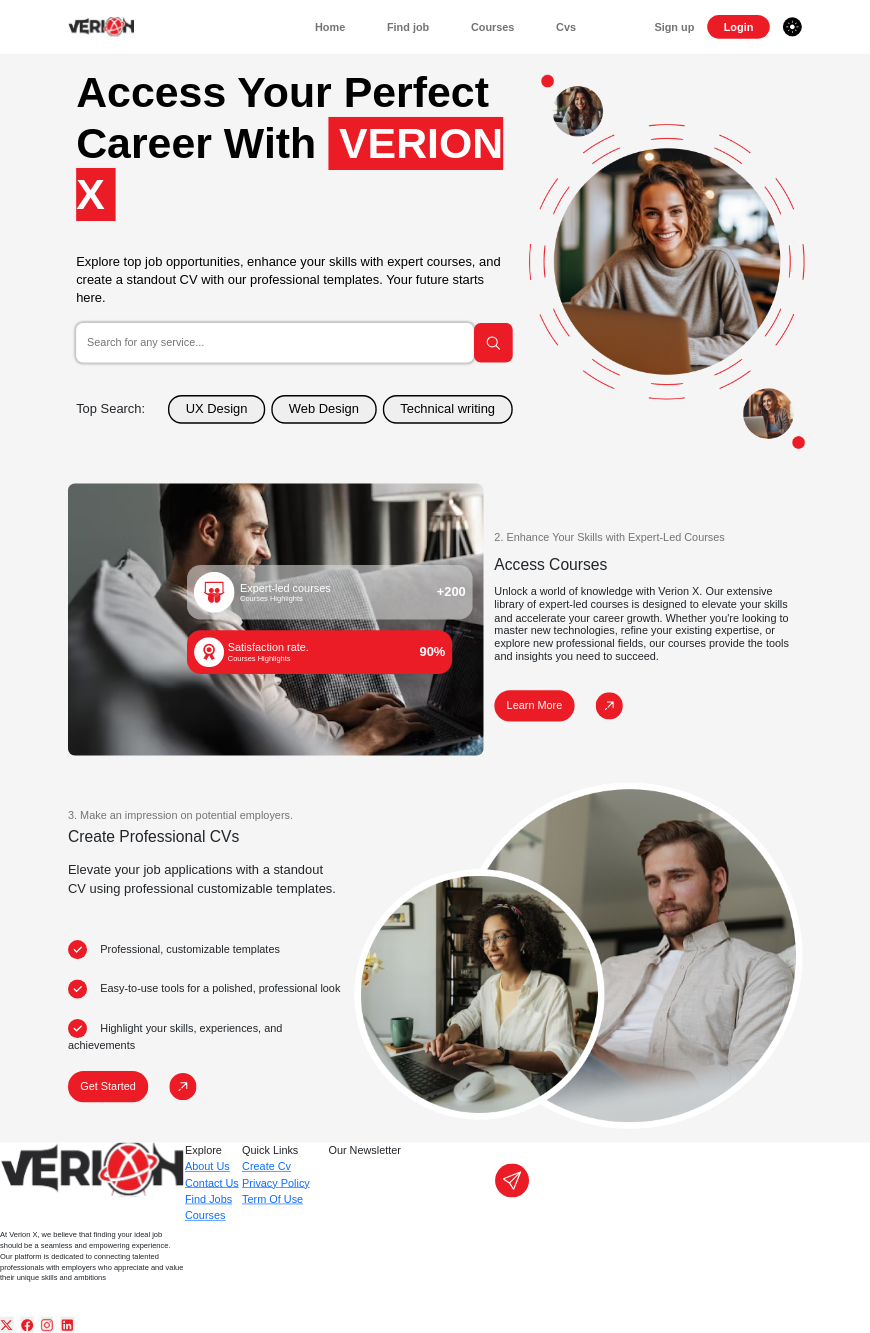
Repository: SahMenz/verionX
Page: /
An editor plug-in stored every save of this project. The page is shown before and after the next save, followed by the edit.
The browser window is 1280 px wide. The pictures show the whole page, at 68% of full size.
The project was rebuilt for these pictures with package versions that can differ from the ones it lists, and the page was loaded fresh each time. Also part of the build but not shown: vite.config.js.

Above is the page before, as saved 2024-06-16 02:16:26.

### src/App.jsx
import './App.css'
import Home from './components/home/home'
import 'bootstrap/dist/css/bootstrap.min.css';

function App() {

  return (
    <>
      <div>
          <Home />
      </div>
    </>
  )
}

export default App

### src/index.css
button{
    outline: none;
    border: none;
  }

  input{
    border: none;
    outline: none;
}

### src/App.css
*, *::before, *::after{
  padding: 0px;
  margin: 0px;
  box-sizing: border-box;
  font-family: "Rubik", sans-serif;
}

/* BACKGROUND COLORS */

.bg-f5{
  background-color: #F5F5F5;
}
.bg-eb{
  background-color: #EB1C25;
}
.bg-ff{
  background-color: #fff;
}
.bg-d9{
  background-color: #D9D9D9;
}
.bg-00{
  background-color: #000;
}


/* FONT SIZES */

.txt-11{
  font-size: 11px;
}
.txt-13{
  font-size: 13px;
}
.txt-16{
  font-size: 16px;
}
.txt-19{
  font-size: 19px;
}
.txt-23{
  font-size: 23px;
}
.txt-45{
  font-size: 45px;
}
.txt-63{
  font-size: 63px;
}


/* TEXT COLOR */

.txt-eb{
  color:#EB1C25
}
.txt-f3{
  color: #737373
}
.txt-ff{
  color:#fff
}
.txt-00{
  color: #000;
}


/* FONT WEIGHT */

.fw-400{
  font-weight: 400;
}
.fw-500{
  font-weight: 500;
}
.fw-600{
  font-weight: 600;
}


/* LINE HEIGHT */

.lh-19{
  line-height: 19.2px;
}
.lh-75{
  line-height: 55.6px;
}
.lh-26{
  line-height: 26.38px;
}
.lh-22{
  line-height: 22.8px;
}
.lh-27{
  line-height: 27.6px;
}
.lh-15{
  line-height: 15.89px;
}
.lh-13{
  line-height: 13.2px;
}
.lh-54{
  line-height: 54px;
}
.lh-34{
  line-height: 34.5px;
}
.lh-67{
  line-height: 67.5px;
}
.lh-32{
  line-height: 32.2px;
}
.lh-18{
  line-height: 18.96px;
}

### src/components/home/home.jsx
import Footer from "../footer/footer"
import Navigation from "../navigation/navigation"
import AccessCourses from "./accessCourses/accessCourses"
import CreateProfessionalCv from "./createProfessionalCv/createProfessionalCv"
import Hero from "./hero/hero"

function Home() {
  return (
    <div >
        <Navigation />
        <Hero />
        <AccessCourses />
        <CreateProfessionalCv />
        <Footer />
    </div>
  )
}

export default Home

### src/components/footer/footer.jsx
import logo from '../../assets/images/logo.svg';
import CustomSvg from '../customSvg/customSvg';

function Footer() {
  return (
    <div className='d-flex flex-wrap flex-xl-nowrap'>
        <div className='d-flex flex-column' style={{width:"272px", height:"166px"}}>
            <img  src={logo}/>
            <div className='fw-400 lh-15 txt-11 py-5'>
                At Verion X, we believe that finding your ideal job should be a
                seamless and empowering experience. Our platform is dedicated to connecting talented
                professionals with employers who appreciate and value their unique skills and ambitions
            </div>
            <div className='d-flex align-items-center justify-content-between' style={{width:"110px"}}>
                <button><CustomSvg name="x"/></button>
                <button><CustomSvg name="facebook"/></button>
                <button><CustomSvg name="insta"/></button>
                <button><CustomSvg name="linkedin"/></button>
            </div>
        </div>
        <div className='d-flex flex-column' style={{width:"84px"}}>
            <div>Explore</div>
            <a href="#">About Us</a>
            <a href="#">Contact Us</a>
            <a href="#">Find Jobs</a>
            <a href="#">Courses</a>
        </div>
        <div className='d-flex flex-column' style={{width:"127px"}}>
            <div>Quick Links</div>
            <a href="#">Create Cv</a>
            <a href="#">Privacy Policy</a>
            <a href="#">Term Of Use</a>
        </div>
        <div className='d-flex flex-column'>
            <div>Our Newsletter</div>
            <div>
                <input  type='text' style={{borderRadius:"30px", padding:"19px"}}/>
                <CustomSvg name="telegram"/>
            </div>
        </div>
    </div>
  )
}

export default Footer

### src/components/navigation/navigation.jsx
import logo from '../../assets/images/logo.svg'
import CustomSvg from '../customSvg/customSvg'
import './navigation.css'


function Navigation() {

  return (
    <div className="d-flex justify-content-between navContainer">
        <img src={logo} alt="" />
        <div className='d-none d-lg-flex navigationLink justify-content-between align-items-center'>
          <div className='d-flex justify-content-between align-items-center links'>
            <a href="#" className='small-txt lh-19 fw-600 text-decoration-none txt-f3'>Home</a>
            <a href="#" className='small-txt lh-19 fw-600 text-decoration-none txt-f3'>Find job</a>
            <a href="#" className='small-txt lh-19 fw-600 text-decoration-none txt-f3'>Courses</a>
            <a href="#" className='small-txt lh-19 fw-600 text-decoration-none txt-f3'>Cvs</a>
          </div>
          <div className='d-flex justify-content-between align-items-center switchmode'>
            <a href="#" className='small-txt lh-19 fw-600 text-decoration-none txt-f3'>Sign up</a>
            <a href="#" className='small-txt lh-19 fw-600 text-decoration-none txt-ff bg-eb px-4 py-2 rounded-5'>Login</a>
            <CustomSvg name="switchModes" className="cursor-pointer"/>
          </div>
        </div>
        <div className=' d-lg-none cursor-pointer' style={{width: "40px", height: "40px", display: 'flex', flexDirection: 'column', alignItems: "center", justifyContent: "center", gap: "5px"}}>
          <div style={{width : "30px", height:"3px", backgroundColor : 'black' }}></div>
          <div style={{width : "30px", height:"3px", backgroundColor : 'black' }}></div>
          <div style={{width : "30px", height:"3px", backgroundColor : 'black' }}></div>
        </div>
    </div>
  )
}

export default Navigation

### src/components/home/accessCourses/accessCourses.jsx
import CustomSvg from "../../customSvg/customSvg";
import './accessCourses.css';

function AccessCourses() {
  return (
    <div className="d-flex flex-column bg-f5 flex-xl-row accessGeneral  align-items-center">
        <div className="manPressingLaptop" style={{maxWidth:"611px", position:"relative"}}>
            <div className="imagetext d-none d-lg-block" style={{position:"absolute"}}>
                <div className="d-flex align-items-center opacebackground justify-content-between mb-3" style={{padding:"10px", borderRadius:"20px", maxWidth:"455px"}}>
                    <CustomSvg name="expertLedCourses"/>
                    <div className="d-flex ps-2 justify-content-between align-items-center" style={{width:"340px"}}>
                        <div className="d-flex flex-column" >
                            <div className="txt-ff fw-500 txt-16 lh-19">Expert-led courses</div>
                            <div className="txt-11 txt-ff fw-500 lh-13">Courses Highlights</div>
                        </div>
                        <div className="fw-600 txt-19 lh-22 txt-ff">+200</div>
                    </div>
                </div>
                <div className="bg-eb d-flex align-items-center justify-content-between" style={{padding:"10px", borderRadius:"20px", maxWidth:"390px"}}>
                    <CustomSvg name="satisfactionrate"/>
                    <div className="d-flex justify-content-between align-items-center" style={{width:"320px"}}>
                        <div className="d-flex flex-column" >
                            <div className="txt-ff fw-500 txt-16 lh-19">Satisfaction rate.</div>
                            <div className="txt-11 txt-ff fw-500 lh-13">Courses Highlights</div>
                        </div>
                        <div className="fw-600 txt-19 lh-22 txt-ff">90%</div>
                    </div>
                </div>
            </div>
        </div>
        <div className=" ms-xl-3"  style={{maxWidth:"576px"}}>
            <p className="txt-f3 fw-500 lh-19 enhance" style={{maxWidth:"370px"}}>2. Enhance Your Skills with Expert-Led Courses</p>
            <p className="fw-500 lh-27 access" style={{maxWidth:"300px"}}>Access Courses</p>
            <p className="fw-400 lh-19 pb-4 unlock" style={{maxWidth:"576px"}}>
                Unlock a world of knowledge with Verion X. Our extensive library of expert-led courses is designed to elevate your skills and accelerate your career growth. Whether you&apos;re looking to master new technologies, refine your existing expertise, or explore new professional fields, our courses provide the tools and insights you need to succeed.
            </p>
            <div className="d-flex align-items-center justify-content-between" style={{width:"189px"}}>
                <button className="bg-eb txt-ff" style={{padding:"11px 18px", borderRadius:"30px"}}>Learn More</button>
                <CustomSvg name="arrowTopRight" className=""/>
            </div>
        </div>
    </div>
  )
}

export default AccessCourses

### src/components/home/createProfessionalCv/createProfessionalCv.jsx
import createProfessionalImage from '../../../assets/images/createProfessionalImage.png';
import CustomSvg from '../../customSvg/customSvg';
import './createProfessionalCv.css';

function CreateProfessionalCv() {
  return (
    <div className='d-flex flex-column createGeneral bg-f5 flex-xl-row align-items-center'>
        <div style={{maxWidth:"507px"}}>
            <div className='fw-500 lh-19 txt-16 txt-f3 adjustText' style={{margin:"0px 0px 8px 0px"}}>3. Make an impression on potential employers.</div>
            <div className='fw-500 lh-27 txt-23 adjust23' style={{margin:"0px 0px 20px 0px"}}>Create Professional CVs</div>
            <div className='fw-400 txt-19 lh-23 adjust19' style={{margin:"0px 0px 60px 0px"}}>Elevate your job applications with a standout CV using professional customizable templates.</div>
            <div className='fw-400 txt-16 lh-19 adjustText' style={{marginBottom:"29px"}}><CustomSvg name="createProfessionalTick"/> <span style={{marginLeft:"15px"}}>Professional, customizable templates</span></div>
            <div className='fw-400 txt-16 lh-19 adjustText' style={{marginBottom:"29px"}}><CustomSvg name="createProfessionalTick"/> <span style={{marginLeft:"15px"}}>Easy-to-use tools for a polished, professional look</span></div>
            <div className='fw-400 txt-16 lh-19 adjustText' style={{marginBottom:"29px"}}><CustomSvg name="createProfessionalTick"/> <span style={{marginLeft:"15px"}}>Highlight your skills, experiences, and achievements</span></div>
            <div className="d-flex align-items-center justify-content-between" style={{width:"189px"}}>
                <button className="bg-eb txt-ff" style={{padding:"11px 18px", borderRadius:"30px"}}>Get Started</button>
                <CustomSvg name="arrowTopRight" className=""/>
            </div>
        </div>
        <img src={createProfessionalImage} className='mt-5 mt-xl-0 mixedImage ms-xl-3' style={{maxWidth:"659px"}}/>
    </div>
  )
}

export default CreateProfessionalCv

### src/components/home/hero/hero.jsx
import accesYourPerfectImage from '../../../assets/images/accesYourPerfectImage.png';
import CustomSvg from '../../customSvg/customSvg';
import './hero.css';

function Hero() {
  return (
    <div className='bg-f5 heroGeneral d-flex flex-column flex-xl-row justify-content-center justify-content-between align-items-center' style={{}}>
        <div style={{maxWidth:"733px"}} className=' textcontainer mb-5 mx-xxl-1 px-xxl-0 d-flex flex-column container '>
            <div className='txt-63 lh-75 txt-ff fw-600 txt-00 largeTxt mb-5' >Access Your Perfect Career With <span className='bg-eb fw-600 txt-ff py-1 px-3'>VERION X</span></div>
            <div className='txt-00 lh-26 mb-4 exploretxt' style={{maxWidth:"630px"}}>
                Explore top job opportunities, enhance your skills with expert courses, and create a standout CV with our professional templates. Your future starts here.
            </div>
            <div className="d-flex">
                <input type="text" className='p-3 container mb-xl-5' placeholder="Search for any service..."  style={{borderRadius:"10px", boxShadow: "0px 0px 3px 3px rgba(0, 0, 0, 0.2)"}} />
                <button className="bg-eb p-3 mb-xl-5" style={{borderRadius:"10px", border:"none"}}><CustomSvg name="search"/></button>
            </div>
            <div className='d-none d-xl-flex align-items-center justify-content-between'style={{width:"642px"}} >
                <div className='txt-19 lh-26 txt-500'>Top Search:</div>
                <div className='d-flex align-items-center justify-content-between' style={{width:"507px"}}>
                    <button style={{borderRadius:"20px",border: "2px solid black"}}><div className='px-4 py-2 txt-19 lh-22 txt-500'>UX Design</div></button>
                    <button style={{borderRadius:"20px",border: "2px solid black"}}><div className='px-4 py-2 txt-19 lh-22 txt-500'>Web Design</div></button>
                    <button style={{borderRadius:"20px",border: "2px solid black"}}><div className='px-4 py-2 txt-19 lh-22 txt-500'>Technical writing</div></button>
                </div>
            </div>
        </div>
        <img src={accesYourPerfectImage} className='container mx-xxl-1 px-xxl-0' style={{Width:"65vw", maxWidth:"430px"}} alt="three images" />
    </div>
  )
}

export default Hero

### src/components/navigation/navigation.css
.navContainer{
    padding: 22px 100px;
    box-shadow: 0px 10px 10px 10px rgba(0, 0, 0, 0.2);
}

.navigationLink{
    width: 56vw;
    min-width: 600px;
    max-width: 888px;
}
.links{
    width: 30vw;
    min-width: 300px;
    max-width: 482px;
}
.switchmode{
    width: 17vw;
    min-width: 200px;
    max-width: 254px;
}
@media screen and (min-width:325px) and (max-width:988px) {
    .navContainer{
        padding: 18px 60px;
    }
}

### src/components/home/accessCourses/accessCourses.css
.accessGeneral{
    padding: 10px 20px;
}
.enhance{
    font-size: 4vw;
    margin-top: 20px;
}
.access{
    font-size: 6vw;
}
.unlock{
    font-size: 4vw;
}
.opacebackground{
    background-color:rgba(217, 217, 217, 0.6);
}
.manPressingLaptop{
    background-image: url('../../../assets/images/accessCoursesImage.png');
    background-size: cover;
    border-Radius: 10px;
    background-position: center;
    height: 400px;
    width: 65vw;
    background-size: cover;
    background-position: center;
}
.imagetext{
    position: absolute;
    top: 50%;
    left: 63%;
    transform: translate(-50%, -50%);
}

@media (min-width: 478px) {
    .enhance{
        font-size: 3vw;
    }
    .access{
        font-size: 5vw;
    }
    .unlock{
        font-size: 3vw;
    }
}
@media (min-width: 665px) {
    .enhance{
      font-size: 2.5vw;
    }
    .access{
      font-size:4.5vw;
    }
    .unlock{
        font-size: 2.5vw;
    }
}
@media (min-width:730px){
    .accessGeneral{
      padding: 20px 100px;
    }
    .enhance{
        font-size: 16px;
      }
      .access{
        font-size:23px;
      }
      .unlock{
          font-size: 16px;
      }
  }
  @media (min-width:1400px){
    .accessGeneral{
        justify-content: space-between!important;
    }
  }

### src/components/home/createProfessionalCv/createProfessionalCv.css
.createGeneral{
    padding: 10px 20px;
}
.mixedImage{
    width: 85vw;
}
.adjustText{
    font-size: 4vw;
}
.adjust19{
    font-size: 5vw;
}
.adjust23{
    font-size: 6vw;
}
@media (min-width: 478px) {
    .adjustText{
        font-size: 3.5vw;
    }
    .adjust19{
        font-size: 4.5vw;
    }
    .adjust23{
        font-size: 5.5vw;
    }
}
@media (min-width: 560px) {
    .adjustText{
        font-size: 3vw;
    }
    .adjust19{
        font-size: 4vw;
    }
    .adjust23{
        font-size: 5vw;
    }
}
@media (min-width:630px){
    .createGeneral{
        padding: 20px 100px;
    }
    .adjustText{
        font-size: 16px;
    }
    .adjust19{
        font-size: 19px;
    }
    .adjust23{
        font-size: 23px;
    }
}
@media (min-width:1400px){
    .createGeneral{
        justify-content: space-between;
    }
}

### src/components/home/hero/hero.css
  .largeTxt{
    font-size: 10vw;
  }
  .exploretxt{
    font-size: 4vw;
  }
  .heroGeneral{
    padding: 10px 20px;
  }
  @media (min-width: 478px) {
    .largeTxt{
      line-height: 75px;
    }
    .exploretxt{
      font-size: 3vw;
    }
  }
  @media (min-width: 632px) {
    .largeTxt{
      font-size: 9vw;
    }
    .exploretxt{
      font-size:2.5vw;
    }
  }
  @media (min-width:730px){
    .largeTxt{
      font-size: 63px;
    }
    .exploretxt{
      font-size: 19px;
    }
    .heroGeneral{
      padding: 20px 100px;
    }
  }
  @media(min-width:1400){
    .heroGeneral{
      justify-content: space-between;
    }
  }

Loaded but not shown: src/main.jsx (common file); src/components/customSvg/customSvg.jsx (186 lines, source omitted)

After the next save:
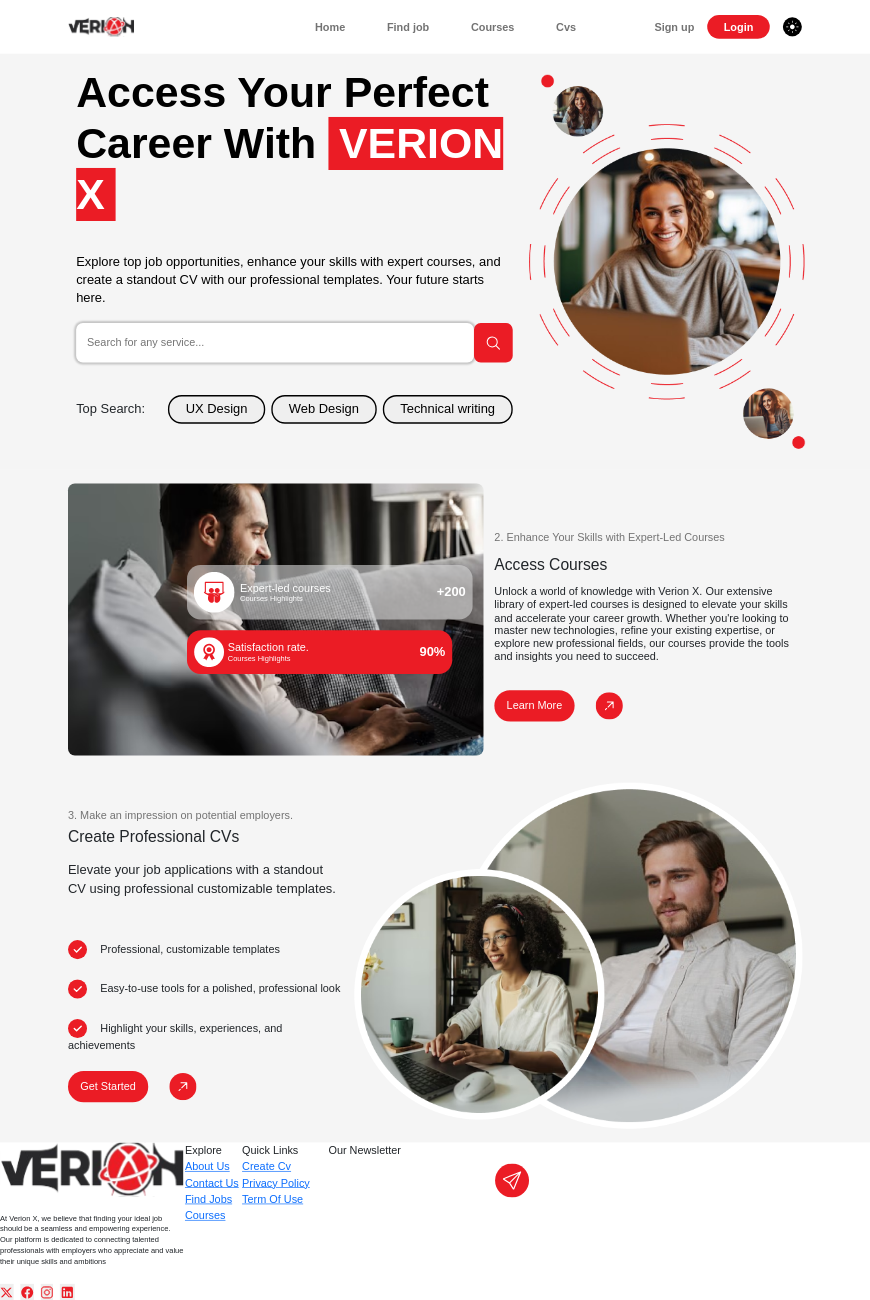
Saved 7 s later.
--- a/src/components/footer/footer.jsx
+++ b/src/components/footer/footer.jsx
@@ -6,7 +6,7 @@
     <div className='d-flex flex-wrap flex-xl-nowrap'>
         <div className='d-flex flex-column' style={{width:"272px", height:"166px"}}>
             <img  src={logo}/>
-            <div className='fw-400 lh-15 txt-11 py-5'>
+            <div className='fw-400 lh-15 txt-11 py-4'>
                 At Verion X, we believe that finding your ideal job should be a
                 seamless and empowering experience. Our platform is dedicated to connecting talented
                 professionals with employers who appreciate and value their unique skills and ambitions
